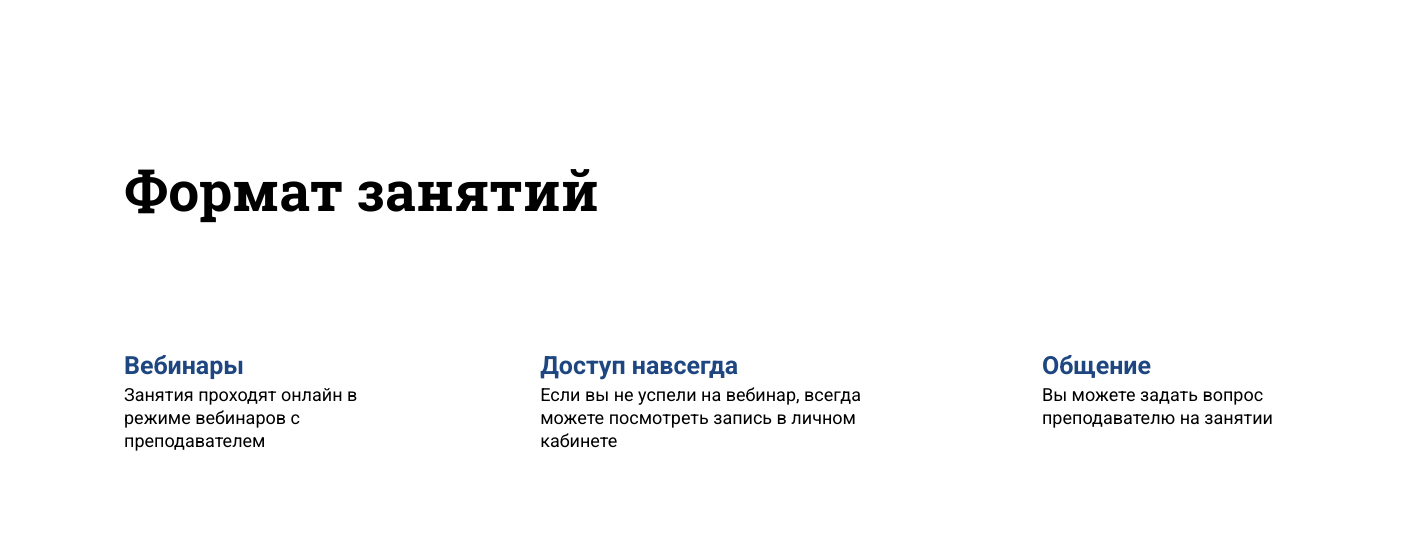
Repository: PoladEziz/Task2
Page: index.html
The author's editor kept a copy of each file at every save. The page is drawn from the files as they stood at one save, then again after the next save.
The browser window is 1280 px wide. The page is 1404 px wide, so the pictures cover 1404 px, including what lies to the right of the window. The pictures show the whole page.

Above is the page before, as saved 2023-05-04 17:28:38.

### index.html
<!DOCTYPE html>
<html lang="en">

<head>
    <meta charset="UTF-8">
    <meta http-equiv="X-UA-Compatible" content="IE=edge">
    <meta name="viewport" content="width=device-width, initial-scale=1.0">
    <title>Document</title>
    <link rel="stylesheet" href="index.css">
</head>

<body>
    <div class="main">
        <div class="page-1">
            <h1>Формат занятий</h1>
            <div class="top_child">

                <ul>
                    <li>
                        <h2>Вебинары</h2>
                        <p>Занятия проходят онлайн
                            в режиме вебинаров
                            с преподавателем</p>
                    </li>

                    <li>
                        <h2>Доступ навсегда</h2>
                        <p>Если вы не успели на вебинар, всегда можете посмотреть запись в личном кабинете</p>
                    </li>

                    <li>
                        <h2>Общение</h2>
                        <p>Вы можете задать вопрос
                            преподавателю на занятии</p>
                    </li>


                </ul>
            </div>

        </div>
        <!-- <div class="page-2">
            <h1>Что узнаем</h1>
            <ul>
                <li>Кто чем занят в съёмочной группе; </li>
                <li>На какие этапы делится кинопроизводство; </li>
                <li>Как выглядит сценарий фильма и как он меняется по ходу съёмок; </li>
                <li>Какими методами режиссёры заставляют нас смеяться, плакать и грустить; </li>
                <li>Как построение кадра, музыка и свет помогают считывать заложенные в фильм смыслы; </li>
                <li>Какие жанры есть в кино и как от них зависит работа операторов, осветителей и монтажёров; </li>
                <li>Как, зная всё это, понимать, о чем фильм.</li>
            </ul>




        </div> -->


    </div>
</body>

</html>

### index.css
@import url('https://fonts.googleapis.com/css2?family=Roboto+Slab:wght@700&family=Roboto:wght@700&display=swap');
@import url('https://fonts.googleapis.com/css2?family=Roboto&family=Roboto+Slab:wght@700&display=swap');

* {
    margin: 0;
    padding: 0;
}

.main {
    width: 100%;
    display: flex;
    flex-direction: column;
}

.page-1{
    width: 100%;
    padding-top: 162px;
    padding-left: 124px;
}

.page-1  h1 {
    margin-bottom: 133px;
    font-family: "Roboto Slab";
    font-style: normal;
    font-weight: 700;
    font-size: 55px;
    line-height: 55px;
}
.page-1 ul{
    display: flex;
}
.page-1 ul li {
    list-style-type: none;
    /* width: 229px; */
    margin-right: 122px;
}
li:nth-child(1) {

}
.page-1 ul li h2 {
    font-family: 'Roboto';
    font-style: normal;
    font-weight: 700;
    font-size: 25px;
    line-height: 130%;
    color: #1E4681;
}

.page-1 ul li p {
 font-family: 'Roboto';
font-style: normal;
font-weight: 400;
font-size: 18px;
line-height: 130%;
}

.top_child {
    display: flex;
    flex-direction: row;
    width: 100%;
}

.page-1 h1 {
    width: 100%;
}

.bot_box {
    width: 100%;
    display: flex;
    flex-direction: column;
}

.bot_box h1 {
    font-family: Roboto Slab;
    font-size: 55px;
    font-weight: 700;
    line-height: 56px;
    text-align: left;

}

.bot_box ul li {
    font-family: Roboto;
    font-size: 24px;
    font-weight: 400;
    line-height: 36px;
    text-align: left;

}

After the next save:
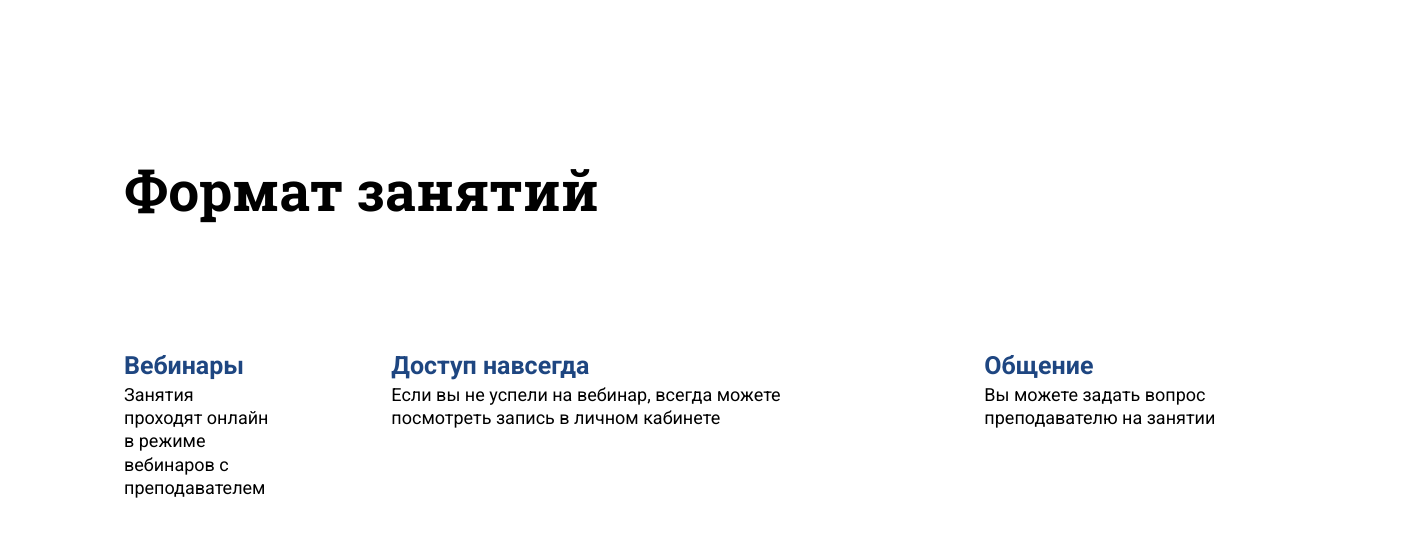
Saved 4 s later.
--- a/index.css
+++ b/index.css
@@ -35,7 +35,7 @@
     margin-right: 122px;
 }
 li:nth-child(1) {
-
+width: 223px;
 }
 .page-1 ul li h2 {
     font-family: 'Roboto';
